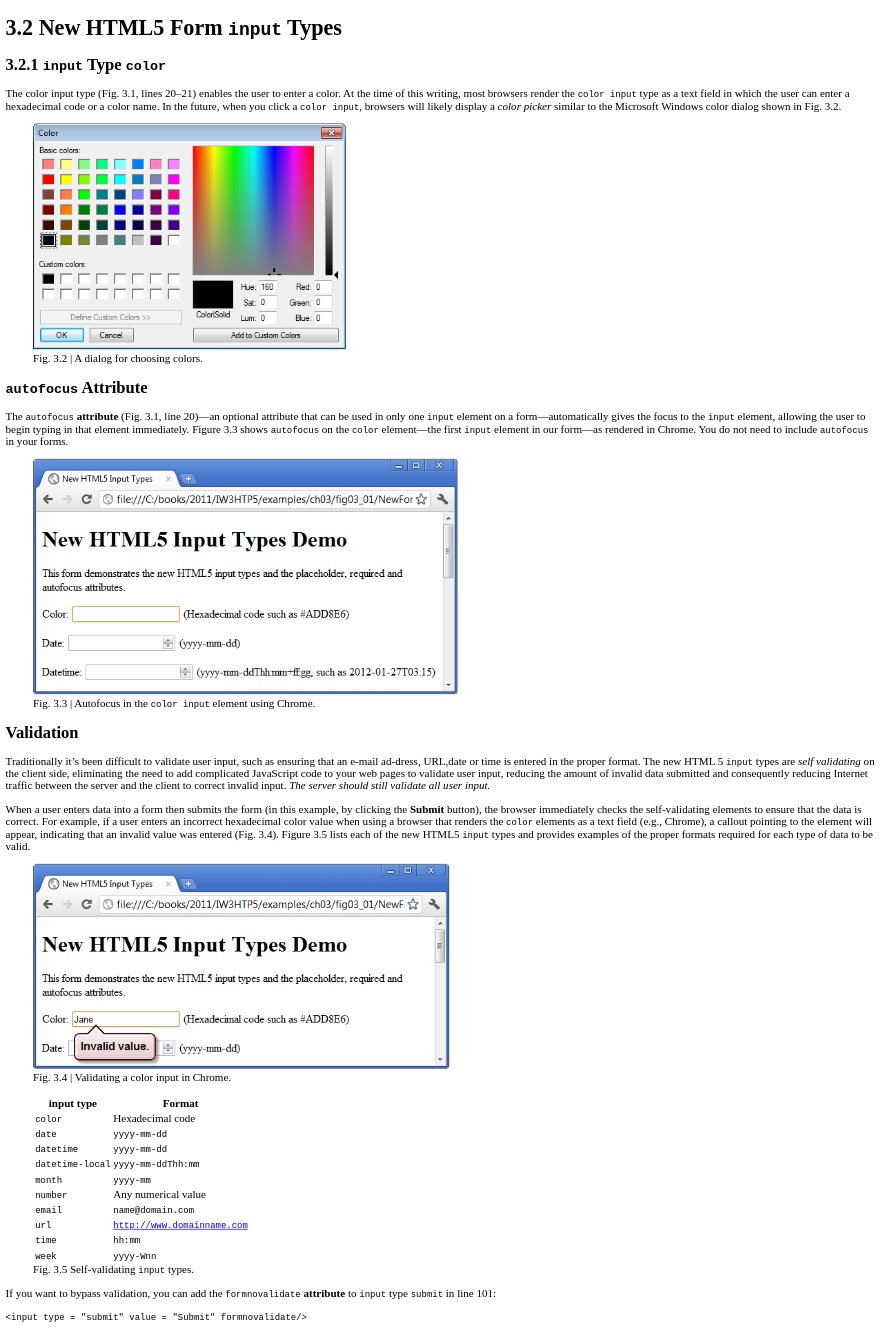
Repository: mlmEFSC21/P4-Textbook-Copy
Page: index.html
The author's editor kept a copy of each file at every save. The page is drawn from the files as they stood at one save, then again after the next save.
The browser window is 1280 px wide. The pictures show the whole page, at 69% of full size.

Above is the page before, as saved 2022-02-03 14:47:43.

### index.html
<!DOCTYPE html>
<html lang="en">
    <head>
        <meta charset="UTF-8" />
        <meta http-equiv="X-UA-Compatible" content="IE=edge" />
        <meta name="viewport" content="width=device-width, initial-scale=1.0" />
        <title>Laying Out Book Pages</title>
    </head>
    <header>
        <h1>3.2 New HTML5 Form <code>input</code> Types</h1>
    </header>
    <body>
        <section class="color-input-type">
            <header>
                <h2>3.2.1 <code>input</code> Type <code>color</code></h2>
            </header>
            <p>
                The color input type (Fig. 3.1, lines 20–21) enables the user to enter a color. At
                the time of this writing, most browsers render the <code>color input</code> type as
                a text field in which the user can enter a hexadecimal code or a color name. In the
                future, when you click a <code>color input</code>, browsers will likely display a
                <em>color picker</em> similar to the Microsoft Windows color dialog shown in Fig.
                3.2.
            </p>
            <figure>
                <img src="images\OperaColorInput.png" alt="Microsoft Windows color dialog" />
                <figcaption>Fig. 3.2 | A dialog for choosing colors.</figcaption>
            </figure>
        </section>
        <section class="autofocus-attribute">
            <header>
                <h2><code>autofocus</code> Attribute</h2>
            </header>
            <p>
                The <code>autofocus</code> <strong>attribute</strong> (Fig. 3.1, line 20)—an
                optional attribute that can be used in only one <code>input</code> element on a
                form—automatically gives the focus to the <code>input</code> element, allowing the
                user to begin typing in that element immediately. Figure 3.3 shows
                <code>autofocus</code> on the <code>color</code> element—the first
                <code>input</code> element in our form—as rendered in Chrome. You do not need to
                include <code>autofocus</code> in your forms.
            </p>
            <figure>
                <img
                    src="images\Autofocus.png"
                    alt="web page demo of autofocus on a color input field"
                />
                <figcaption>
                    Fig. 3.3 | Autofocus in the <code>color input</code> element using Chrome.
                </figcaption>
            </figure>
        </section>
        <section class="input-validation">
            <header>
                <h2>Validation</h2>
            </header>
            <p>
                Traditionally it’s been difficult to validate user input, such as ensuring that an
                e-mail ad-dress, URL,date or time is entered in the proper format. The new HTML 5
                <code>input</code> types are <em>self validating</em> on the client side,
                eliminating the need to add complicated JavaScript code to your web pages to
                validate user input, reducing the amount of invalid data submitted and consequently
                reducing Internet traffic between the server and the client to correct invalid
                input. <em>The server should still validate all user input.</em>
            </p>
            <p>
                When a user enters data into a form then submits the form (in this example, by
                clicking the <strong>Submit</strong> button), the browser immediately checks the
                self-validating elements to ensure that the data is correct. For example, if a user
                enters an incorrect hexadecimal color value when using a browser that renders the
                <code>color</code> elements as a text field (e.g., Chrome), a callout pointing to
                the element will appear, indicating that an invalid value was entered (Fig. 3.4).
                Figure 3.5 lists each of the new HTML5 <code>input</code> types and provides
                examples of the proper formats required for each type of data to be valid.
            </p>
            <figure>
                <img
                    src="images\SelfValidationChrome.png"
                    alt="web page demo of validation preventing a non color input into a color input field"
                />
                <figcaption>Fig. 3.4 | Validating a color input in Chrome.</figcaption>
            </figure>
        </section>
        <section class="self-validating-types">
            <figure>
                <table class="validation-table">
                    <thead>
                        <th>input type</th>
                        <th>Format</th>
                    </thead>
                    <tr>
                        <td><code>color</code></td>
                        <td>Hexadecimal code</td>
                    </tr>
                    <tr>
                        <td><code>date</code></td>
                        <td><code>yyyy-mm-dd</code></td>
                    </tr>
                    <tr>
                        <td><code>datetime</code></td>
                        <td><code>yyyy-mm-dd</code></td>
                    </tr>
                    <tr>
                        <td><code>datetime-local</code></td>
                        <td><code>yyyy-mm-ddThh:mm</code></td>
                    </tr>
                    <tr>
                        <td><code>month</code></td>
                        <td><code>yyyy-mm</code></td>
                    </tr>
                    <tr>
                        <td><code>number</code></td>
                        <td>Any numerical value</td>
                    </tr>
                    <tr>
                        <td><code>email</code></td>
                        <td><code>name@domain.com</code></td>
                    </tr>
                    <tr>
                        <td><code>url</code></td>
                        <td>
                            <a href="http://www.domainname.com"
                                ><code>http://www.domainname.com</code></a
                            >
                        </td>
                    </tr>
                    <tr>
                        <td><code>time</code></td>
                        <td><code>hh:mm</code></td>
                    </tr>
                    <tr>
                        <td><code>week</code></td>
                        <td><code>yyyy-Wnn</code></td>
                    </tr>
                </table>
                <figcaption>Fig. 3.5 Self-validating <code>input</code> types.</figcaption>
            </figure>
            <aside>
                <p>
                    If you want to bypass validation, you can add the <code>formnovalidate</code>
                    <strong>attribute</strong> to <code>input</code> type <code>submit</code> in
                    line 101:
                </p>
                <div class="form-no-val">
                    <code>&lt;input type = "submit" value = "Submit" formnovalidate/&gt;</code>
                </div>
            </aside>
        </section>
    </body>
</html>

### bookStyles.css
:root {
    --clr-prime: #;
    --clr-second: #;
    --clr-accent: #;
    --clr-font-prime: #;
    --clr-font-code: #446256;
    --clr-background: #;
}
*,
*::before,
*::after {
    margin: 0;
    padding: 0;
    box-sizing: border-box;
}
body {
}
table {
    border-collapse: collapse;
}

After the next save:
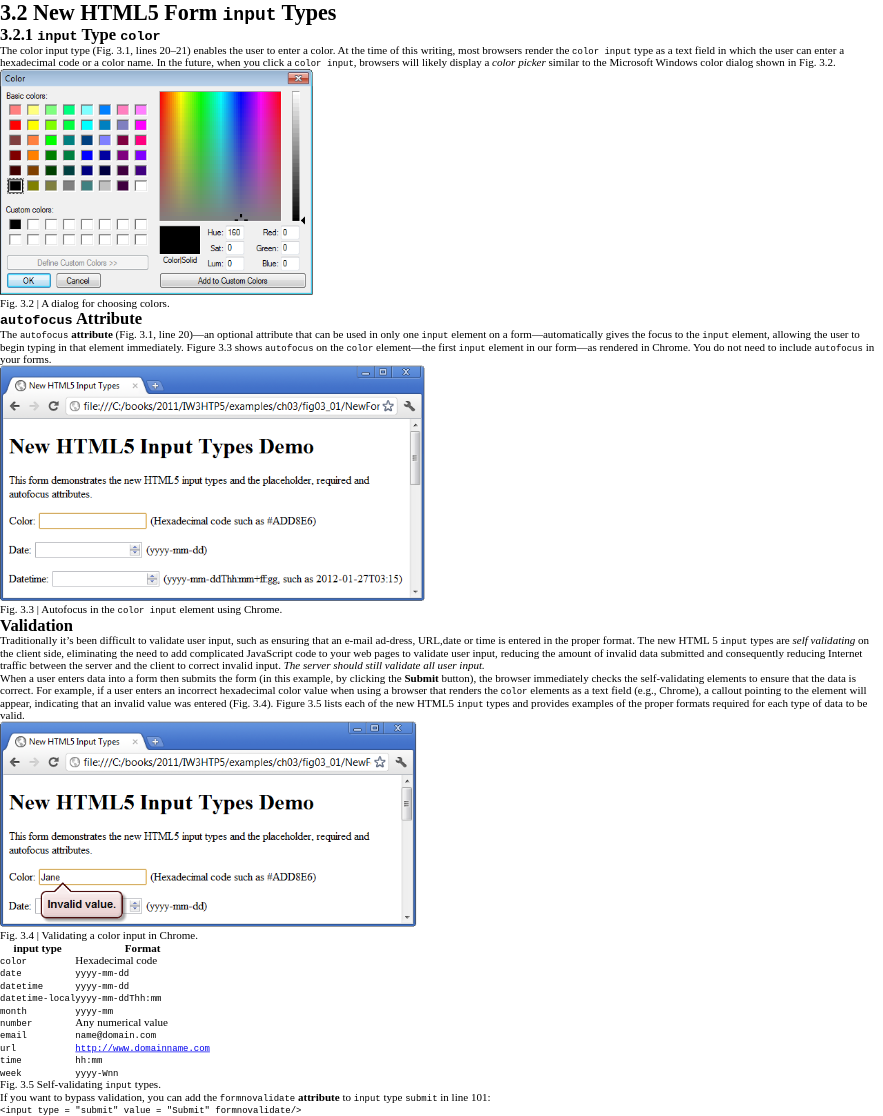
Saved 2 min 51 s later.
--- a/index.html
+++ b/index.html
@@ -4,6 +4,7 @@
         <meta charset="UTF-8" />
         <meta http-equiv="X-UA-Compatible" content="IE=edge" />
         <meta name="viewport" content="width=device-width, initial-scale=1.0" />
+        <link rel="stylesheet" href="bookStyles.css" />
         <title>Laying Out Book Pages</title>
     </head>
     <header>
